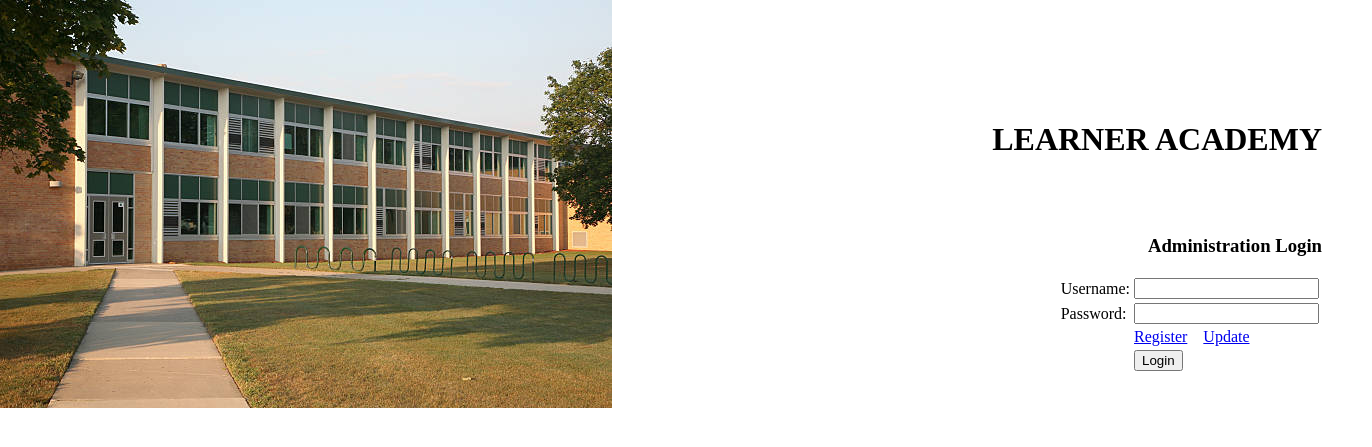
Repository: priyankagit8692/Phase_2_SimpliLearn-
Page: http://localhost/LearnerAcademyProject/AdminLogin.jsp
The author's editor kept a copy of each file at every save. The page is drawn from the files as they stood at one save, then again after the next save.
The browser window is 1280 px wide. The page is 1322 px wide, then 1372 px, so the pictures cover 1372 px, including what lies to the right of the window. The pictures show the whole page.
The page is served by Tomcat 9. Other server files are loaded and not shown.

Above is the page before, as saved 2021-03-20 15:00:39.

### FinalProjectPhase2/LearnerAcademyProject/WebContent/AdminLogin.jsp
<%@ page language="java" contentType="text/html; charset=ISO-8859-1"
    pageEncoding="ISO-8859-1"%>
<!DOCTYPE html>
<html>
<head>
<meta charset="ISO-8859-1">
<title>Insert title here</title>
</head>
<style>
body {
  background-image: url("images/academy.jpg");
  background-repeat: no-repeat;
  max-width: 200%;
  height: auto;
}
div {
  transform: translate(50px,100px);
}
</style>
<body>
  <div align='right'>
  <h1>LEARNER  ACADEMY</h1> <br><br>
  <h3>Administration Login</h3>
  <form action="adminLogin" method="post" cellpadding="5" cellspacing="5">
    <table>
        <tr>
            <td>Username:</td>
            <td><input type="text" name="uname"></td>
        </tr>
        <tr>
            <td>Password:</td>
            <td><input type="password" name="password"></td>
        </tr>
        <tr>
            <td></td>
            <td><a href="AdminRegistration.jsp">Register</a>&nbsp&nbsp&nbsp&nbsp<a href="AdminUpdate.jsp">Update</a></td>
        </tr>
        <tr>
            <td></td>
            <td>
                <button type="submit">Login</button>
            </td>
        </tr>
    </table>
    <br>
    <c:if test="${not empty msg}">
        <c:out value="${msg}"/>
    </c:if>


</form>
  </div>
</body>
</html>

After the next save:
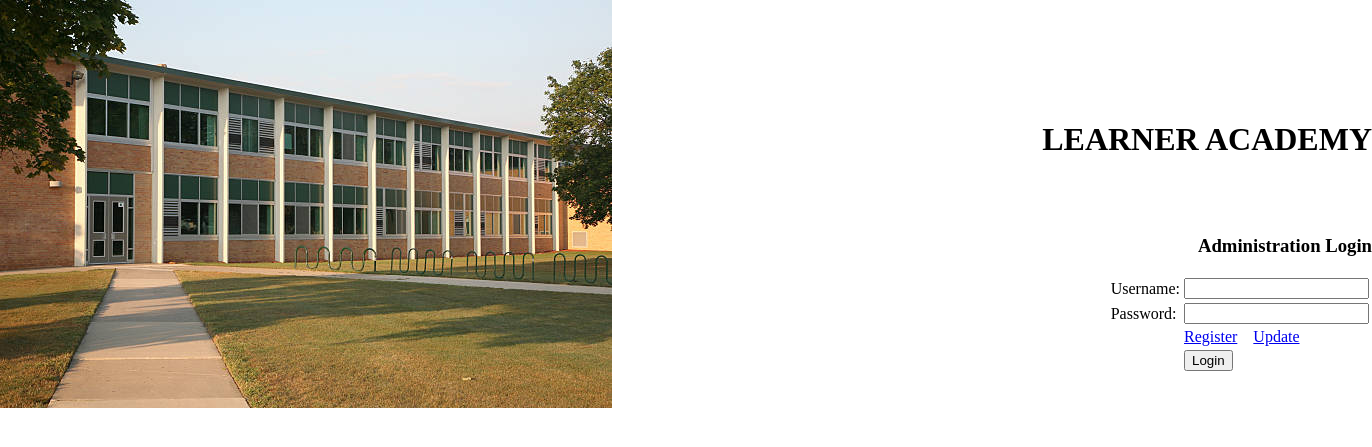
Saved 9 s later.
--- a/FinalProjectPhase2/LearnerAcademyProject/WebContent/AdminLogin.jsp
+++ b/FinalProjectPhase2/LearnerAcademyProject/WebContent/AdminLogin.jsp
@@ -14,7 +14,7 @@ body {
   height: auto;
 }
 div {
-  transform: translate(50px,100px);
+  transform: translate(100px,100px);
 }
 </style>
 <body>
